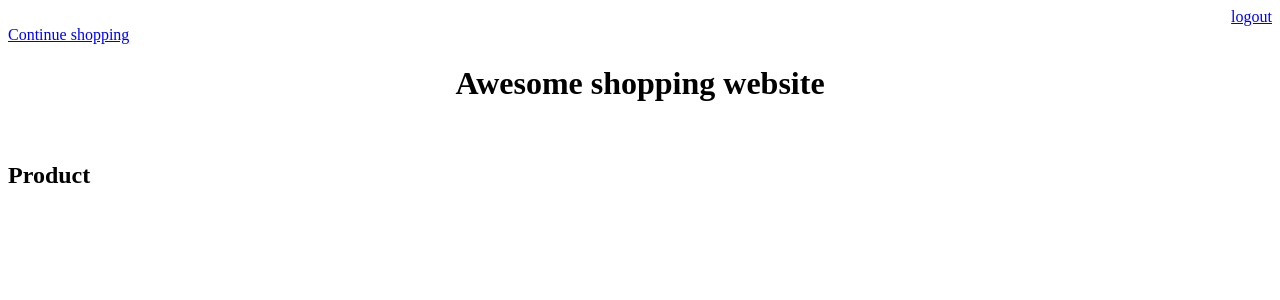
Repository: balu-sadanandan/demo-Shopping-cart-application
Page: http://localhost/shopping-cart/proddesc.jsp
These files come from the project's save history. The page is drawn as it stood at one moment and after the next save; the edit follows.
The browser window is 1280 px wide. The pictures show the whole page.
The page is served by Tomcat 9.

Above is the page before, as saved 2017-09-19 04:46:18.

After the next save:
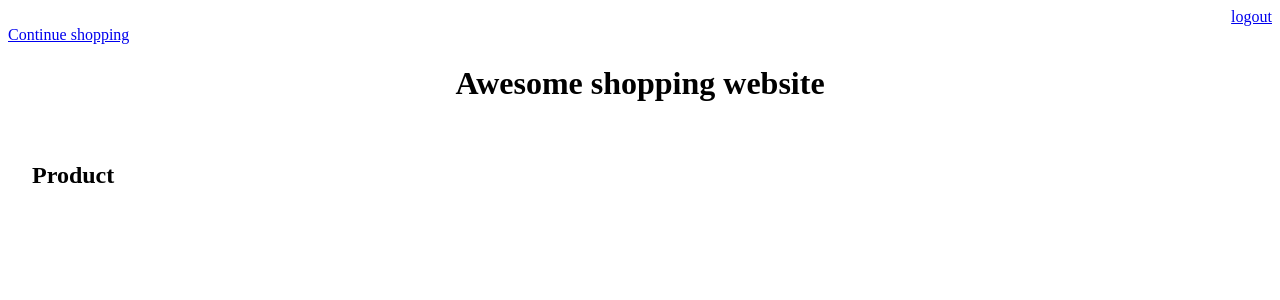
Saved 65 s later.
--- a/shopping-cart/WebContent/proddesc.jsp
+++ b/shopping-cart/WebContent/proddesc.jsp
@@ -21,7 +21,7 @@
    </div>
    <div align="left">
    &nbsp;&nbsp;&nbsp;&nbsp;
-    <h2>Product</h2>
+    <h2>&nbsp;&nbsp;&nbsp;&nbsp;Product</h2>
 </div>
 
 
